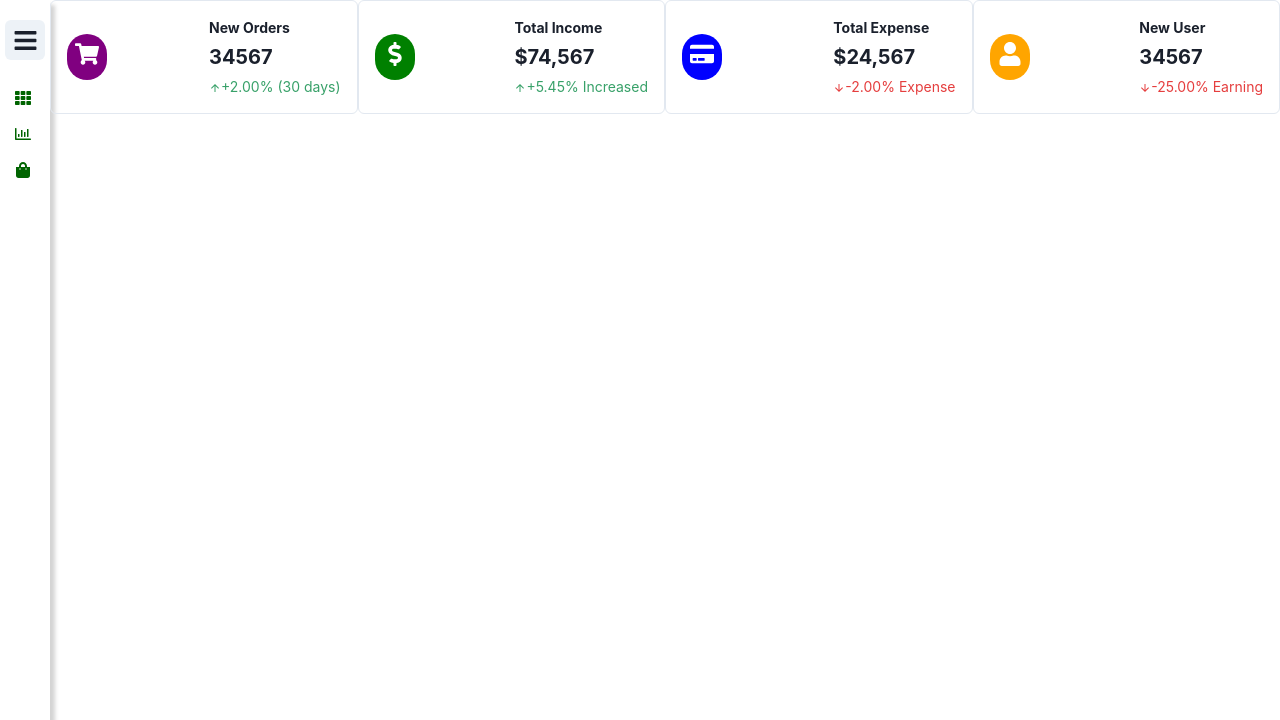
Repository: Andarg01/chakra-dashboard
Page: /dashboard
The author's editor kept a copy of each file at every save. The page is drawn from the files as they stood at one save, then again after the next save.
The browser window is 1280 px wide. The pictures show the whole page.
The project was rebuilt for these pictures with package versions that can differ from the ones it lists, and the page was loaded fresh each time. Also part of the build but not shown: src/components/ProductModal.tsx, src/components/ProductTable.tsx, src/pages/ProductList.tsx, src/components/RecentSalesTable.tsx, src/components/PopularProductsPage.tsx, src/pages/Analytics.tsx.

Above is the page before, as saved 2024-03-18 00:28:12.

After the next save:
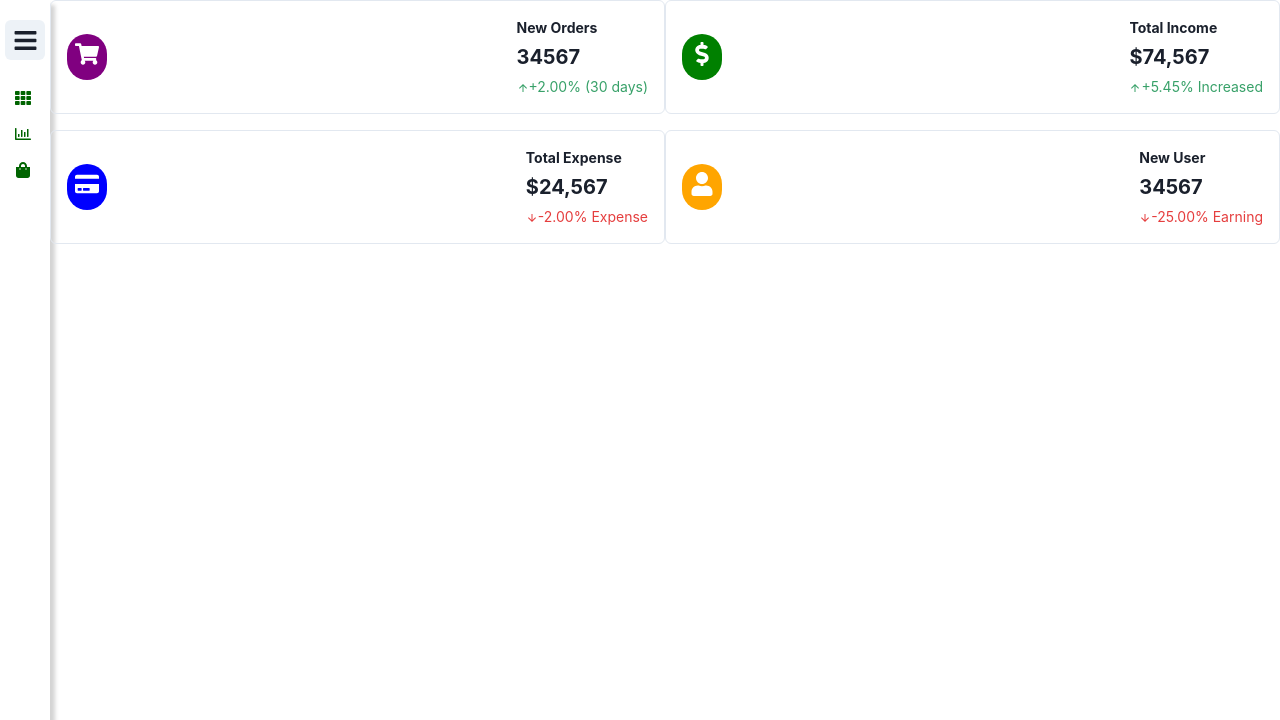
Saved 3 min 11 s later.
--- a/src/components/Dashboard.tsx
+++ b/src/components/Dashboard.tsx
@@ -1,4 +1,3 @@
-
 
 import { Flex, Box, Text, Icon } from "@chakra-ui/react";
 import { FaShoppingCart, FaDollarSign, FaCreditCard, FaUser } from "react-icons/fa";
@@ -14,7 +13,7 @@ interface IconCardProps {
 }
 
 const IconCard: React.FC<IconCardProps> = ({ icon, title, value, trend, trendPercentage, trendLabel }) => (
-  <Box width={{ base: "100%", sm: "50%", md: "25%" }} mb={4}>
+  <Box width={{ base: "100%", sm: "50%", md: "50%" }} mb={4}>
     <Flex
       borderRadius="md"
       borderWidth="1px"
@@ -83,6 +82,7 @@ export default Dashboard;
 
 
 
+
 // import React from "react";
 // import { Box, Flex, Text } from "@chakra-ui/react";
 // import {
